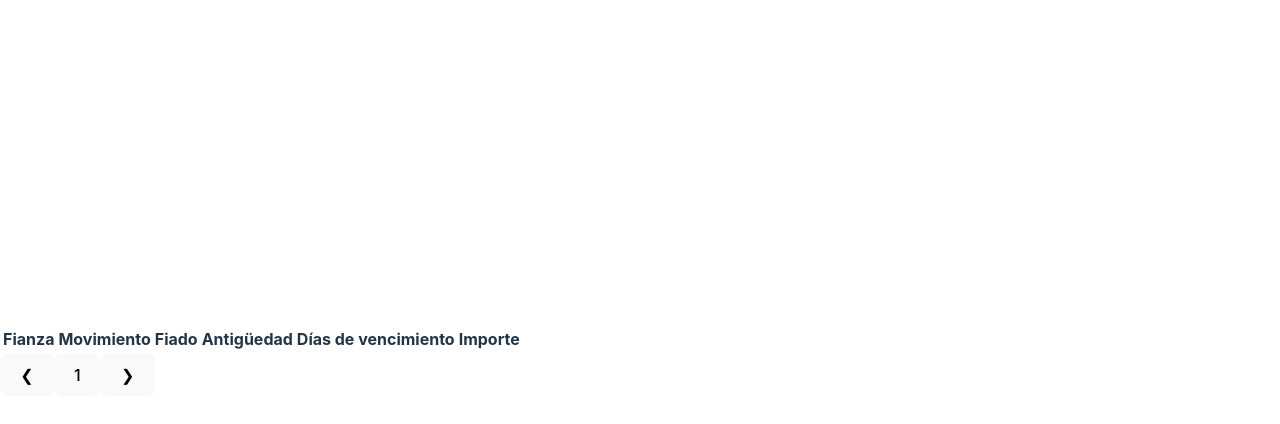
Repository: PCGP22/prueba-t-cnica-liberty-finanzas
Page: / (app in Prueba técnica full-stack/client/)
These files come from the project's save history. The page is drawn as it stood at one moment and after the next save; the edit follows.
The browser window is 1280 px wide. The pictures show the whole page.
The page's requests for data from a server got no answer. The project was rebuilt for these pictures with package versions that can differ from the ones it lists, and the page was loaded fresh each time. No one was signed in, and anything a server would have sent is missing. Also part of the build but not shown: Prueba técnica full-stack/client/vite.config.js, Prueba técnica full-stack/client/src/containers/tableContainer.jsx.

Above is the page before, as saved 2023-11-14 03:53:38.

### Prueba técnica full-stack/client/src/App.jsx
import useFetch from "./hooks/useFetch";
import useData from "./hooks/useData";
import { dataContext } from "./context/dataContext";
import Table from "./components/Table";
import { useEffect, useLayoutEffect, useState } from "react";
import usePagination from "./hooks/usePagination";
import TableContainer from "./containers/tableContainer";
import Pagination from "./components/pagination";

function App() {
  let url = "http://localhost:5000/primas";
  const {
    maxPages,
    currentPage,
    setCurrentPage,
    setData,
    currentData,
    setNextPage,
    setPrevPage,
  } = usePagination();
  useEffect(() => {
    fetch(url)
      .then((res) => res.json())
      .then((data) => setData(data.primas));
  }, [url]);

  return (
    <dataContext.Provider
      value={{
        maxPages,
        currentPage,
        setCurrentPage,
        setData,
        currentData,
        setNextPage,
        setPrevPage,
      }}>
      <Table data={currentData} />
      <Pagination />
    </dataContext.Provider>
  );
}

export default App;

### Prueba técnica full-stack/client/src/hooks/useFetch.jsx
import { useState, useEffect } from "react";

const useFetch = (url) => {
  const [fetchedData, setFetchedData] = useState({});

  useEffect(() => {
    fetch(url)
      .then((res) => res.json())
      .then((data) => setFetchedData(data));
  }, [url]);

  return [fetchedData];
};

export default useFetch;

### Prueba técnica full-stack/client/src/hooks/useData.jsx
import { useState } from "react";

const useData = () => {
  const [data, setData] = useState({});

  function filterData(filterCondition) {
    setData(data.filter(filterCondition));
  }

  return [data, setData, filterData];
};

export default useData;

### Prueba técnica full-stack/client/src/context/dataContext.js
import { createContext } from "react";

export const dataContext = createContext();

### Prueba técnica full-stack/client/src/components/Table.jsx
import { calculateAntiquityInDays } from "../utils/utils";

function Table({ data }) {
  console.log(data);
  // const [data] = usePagination(filteredData);
  // return;
  // let data = null;
  if (!data) return;
  return (
    <table>
      <tbody>
        <tr>
          <th>Fianza</th>
          <th>Movimiento</th>
          <th>Fiado</th>
          <th>Antigüedad</th>
          <th>Días de vencimiento</th>
          <th>Importe</th>
        </tr>
        {data.length > 0 &&
          data.map((t) => {
            let antiquity = calculateAntiquityInDays(
              t.datos["fecha de emisión"]
            );
            let daysSinceStale = calculateAntiquityInDays(
              t.datos["fecha de vencimiento"]
            );
            if (daysSinceStale < 0) daysSinceStale = 0;
            return (
              <tr key={t.datos.código_de_fianza}>
                <td>{t.datos.código_de_fianza}</td>
                <td>{t.datos.tipo_de_movimiento}</td>
                <td>{t.datos.fiado}</td>
                <td>{antiquity}</td>
                <td>{daysSinceStale}</td>
                <td>${t.datos.importe.toLocaleString()}</td>
              </tr>
            );
          })}
      </tbody>
    </table>
  );
}

export default Table;

### Prueba técnica full-stack/client/src/hooks/usePagination.jsx
import { useState, useEffect } from "react";

const usePagination = () => {
  const quantityPerPage = 8;

  const [currentPage, setCurrentPage] = useState(1);
  const [initialData, setInitialData] = useState(null);
  const [currentData, setCurrentData] = useState({});
  const [maxPages, setMaxPages] = useState(1);

  function setData(data) {
    setInitialData(data);
    // Divides the data, in groups of "quantityPerPage"
    let dividedData = data.slice(
      (currentPage - 1) * quantityPerPage,
      currentPage * quantityPerPage
    );
    setCurrentData(dividedData);
    setMaxPages(Math.ceil(initialData.length / quantityPerPage));
  }

  function setNextPage() {
    if (currentPage < maxPages) {
      setCurrentPage(currentPage + 1);
    }
  }
  function setPrevPage() {
    if (currentPage > 1) {
      setCurrentPage(currentPage - 1);
    }
  }

  return {
    maxPages,
    currentPage,
    setCurrentPage,
    setData,
    currentData,
    setNextPage,
    setPrevPage,
  };
};

export default usePagination;

### Prueba técnica full-stack/client/src/components/pagination.jsx
import { useContext } from "react";
import { dataContext } from "../context/dataContext";

function Pagination() {
  const { maxPages, currentPage, setCurrentPage, setNextPage, setPrevPage } =
    useContext(dataContext);
  //This pagination is somewhat complex because I've used it before in bigger proyects.
  //First, it initializes the pagination buttons to the first 6 numbers except for the number 1
  //The reason it doesn't includes the first page is because the first and last page buttons are always shown
  let pagesButtons = [2, 3, 4, 5, 6];
  //while the current page stays on the first three pages, show all first 6
  //The reason for the if, it's that I want the first 6 buttons to be shown when returning from the latest pages
  if (currentPage === 1 || currentPage === 2 || currentPage === 3) {
    pagesButtons = [2, 3, 4, 5, 6];
  }
  //As soon as we change to page 4 or more, let's follow the current page and
  //add two buttons to the left and two to the right
  if (currentPage >= 4) {
    pagesButtons = [
      currentPage - 2,
      currentPage - 1,
      currentPage,
      currentPage + 1,
      currentPage + 2,
    ];
  }
  //When approaching to the right end of the pagination, show the last 5 pages
  if (
    currentPage === maxPages - 1 ||
    currentPage === maxPages - 2 ||
    currentPage === maxPages
  ) {
    //The reason it doesn't includes the last page is because the first and last page buttons are always shown
    pagesButtons = [
      maxPages - 5,
      maxPages - 4,
      maxPages - 3,
      maxPages - 2,
      maxPages - 1,
    ];
  }
  return (
    <section className="pagination">
      <button
        //About the class: When in first or last page the navigation chevrons will have a special class
        //The same happens when the button is the current page
        className={`${currentPage === 1 && "disabled"}`}
        onClick={setPrevPage}>
        ❮
      </button>
      {/* First button, always shown */}
      <button
        className={`${currentPage === 1 && "disabled"}`}
        onClick={() => setCurrentPage(1)}>
        1
      </button>
      {/* Adds three dots in case the current page is bigger than 4*/}
      {currentPage > 4 && <p>•••</p>}
      {/* Map through all pages defined in the first part*/}
      {pagesButtons.map((p) => {
        if (p > 1 && p < maxPages)
          return (
            <button
              className={`${currentPage === p && "disabled"}`}
              key={p}
              onClick={() => setCurrentPage(p)}>
              {p}
            </button>
          );
      })}
      {/* Adds three dots in case the current page is getting closer to the right end*/}
      {currentPage < maxPages - 3 && <p>•••</p>}
      {/* If there's more than 1 page, show always the last page*/}
      {maxPages > 1 && (
        <button
          className={`${currentPage === maxPages && "disabled"}`}
          onClick={() => setCurrentPage(maxPages)}>
          {maxPages}
        </button>
      )}
      <button
        className={`${currentPage === maxPages && "disabled"}`}
        onClick={setNextPage}>
        ❯
      </button>
    </section>
  );
}

export default Pagination;

### Prueba técnica full-stack/client/src/utils/utils.js
export function calculateAntiquityInDays(date) {
  let parsedDate = parseDate(date);
  const CONSTANT_Ms_TO_DAYS = 86400000;
  let today = new Date();
  let comparisonDate = new Date(parsedDate);
  return Math.trunc((today - comparisonDate) / CONSTANT_Ms_TO_DAYS) - 1;
}

//transforms the date DD/MM/YYYY to an acceptable MM/DD/YYYY
function parseDate(date) {
  let stringToArray = date.split("/");
  let temp = stringToArray[0];
  stringToArray[0] = stringToArray[1];
  stringToArray[1] = temp;
  return stringToArray.join("/");
}

Loaded but not shown: Prueba técnica full-stack/client/index.html (common file); Prueba técnica full-stack/client/src/main.jsx (common file); Prueba técnica full-stack/client/src/index.css (common file)

After the next save:
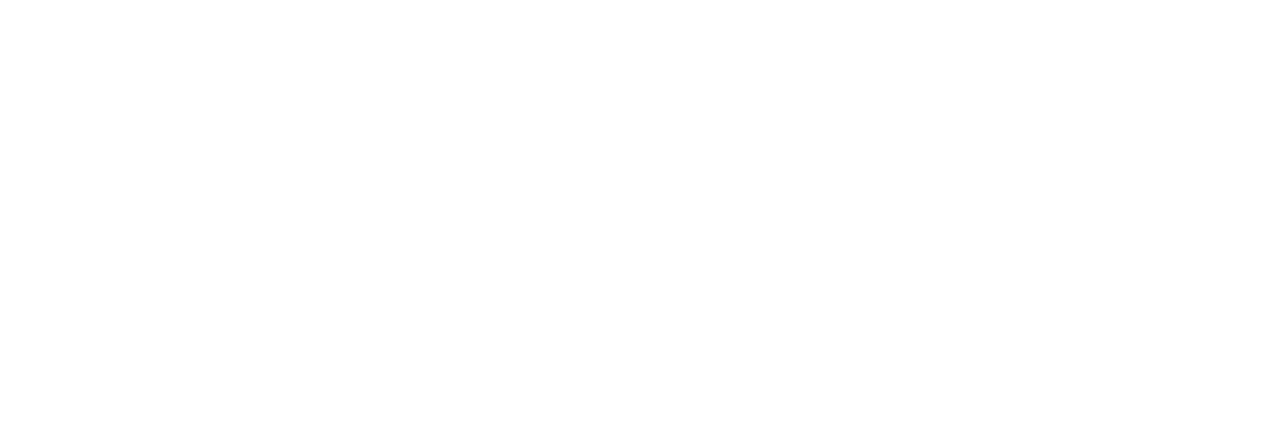
Console error: ReferenceError: data is not defined
Saved 2 min 49 s later.
--- a/Prueba técnica full-stack/client/src/components/Table.jsx
+++ b/Prueba técnica full-stack/client/src/components/Table.jsx
@@ -1,7 +1,9 @@
 import { calculateAntiquityInDays } from "../utils/utils";
+import { useContext } from "react";
+import { dataContext } from "../context/dataContext";
 
-function Table({ data }) {
-  console.log(data);
+function Table() {
+  const { currentData } = useContext(dataContext);
   // const [data] = usePagination(filteredData);
   // return;
   // let data = null;
@@ -17,8 +19,8 @@
           <th>Días de vencimiento</th>
           <th>Importe</th>
         </tr>
-        {data.length > 0 &&
-          data.map((t) => {
+        {currentData.length > 0 &&
+          currentData.map((t) => {
             let antiquity = calculateAntiquityInDays(
               t.datos["fecha de emisión"]
             );

After the save that followed:
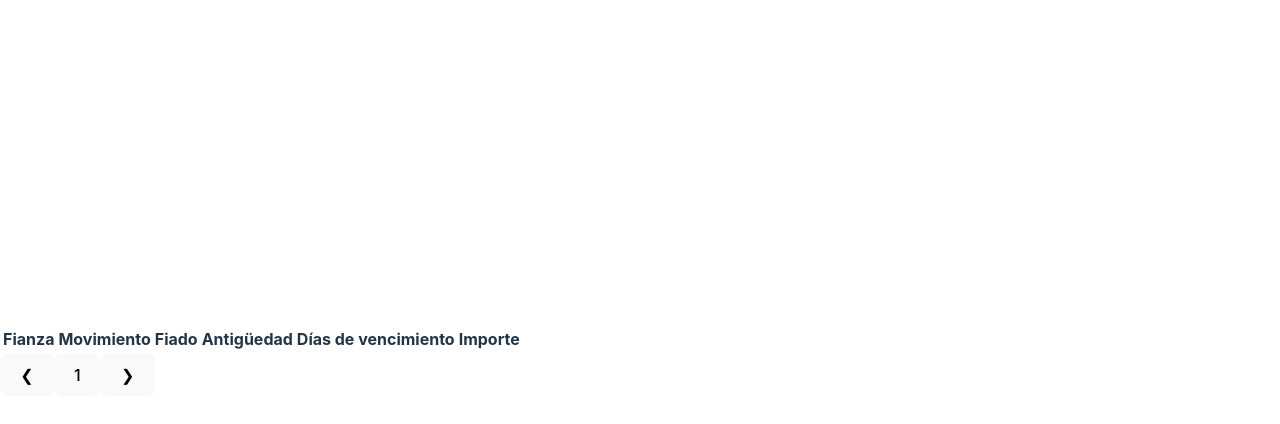
The error is gone.
Saved 11 s later.
--- a/Prueba técnica full-stack/client/src/components/Table.jsx
+++ b/Prueba técnica full-stack/client/src/components/Table.jsx
@@ -7,7 +7,6 @@
   // const [data] = usePagination(filteredData);
   // return;
   // let data = null;
-  if (!data) return;
   return (
     <table>
       <tbody>
